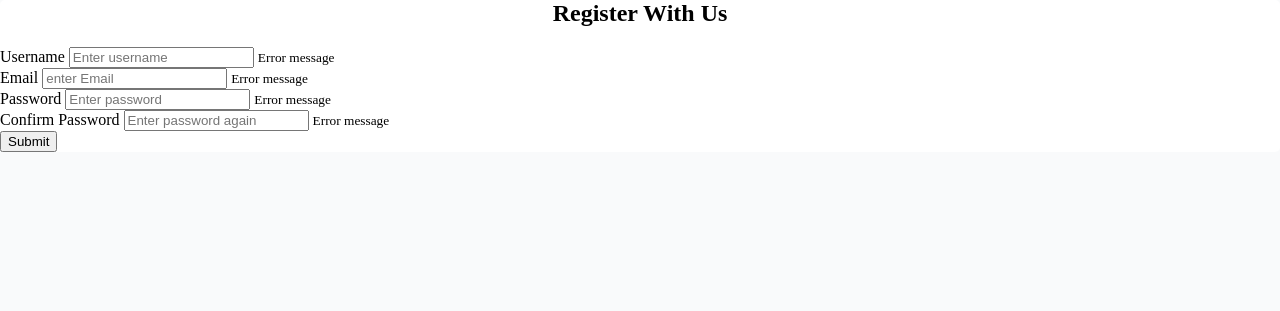
Repository: atko87/Form-Validator-Intro-
Page: index.html
The author's editor kept a copy of each file at every save. The page is drawn from the files as they stood at one save, then again after the next save.
The browser window is 1280 px wide. The pictures show the whole page.

Above is the page before, as saved 2020-03-07 22:58:39.

After the next save:
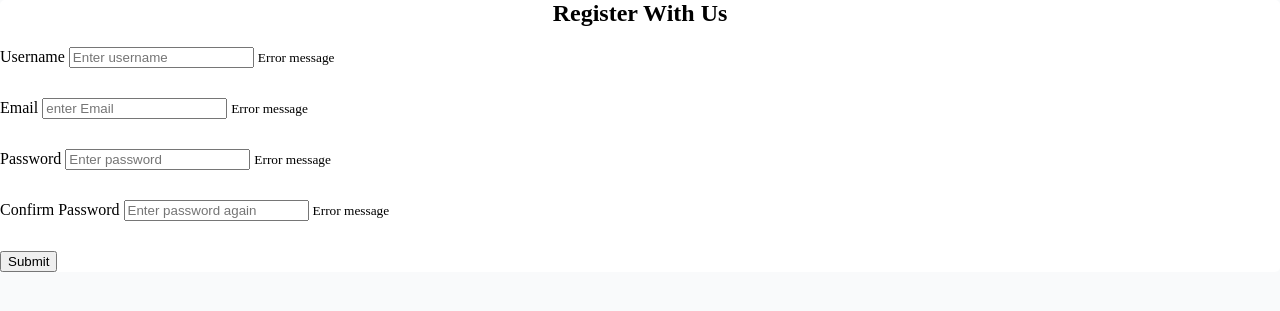
Saved 81 s later.
--- a/style.css
+++ b/style.css
@@ -26,3 +26,9 @@ h2 {
 .fomr {
   padding: 30px 40px;
 }
+
+.form-control {
+  margin-bottom: 10px;
+  padding-bottom: 20px;
+  position: relative;
+}
